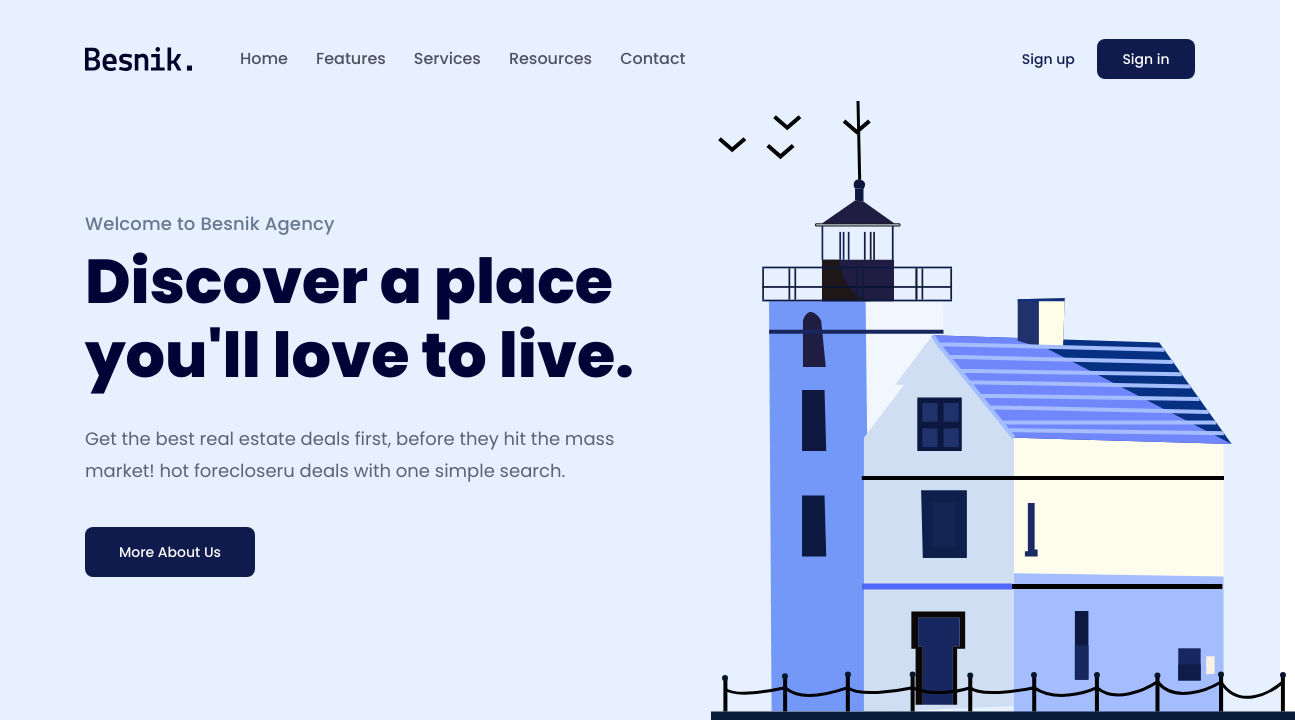
Repository: datvu1608/dv-htmlcss-01
Page: index.html
An editor plug-in stored every save of this project. The page is shown before and after the next save, followed by the edit.
The browser window is 1280 px wide. The page is 1295 px wide, then 1280 px, so the pictures cover 1295 px, including what lies to the right of the window. The pictures show the whole page.

Above is the page before, as saved 2023-06-02 09:22:59.

### index.html
<!DOCTYPE html>
<html lang="en">
  <head>
    <meta charset="UTF-8" />
    <meta http-equiv="X-UA-Compatible" content="IE=edge" />
    <meta name="viewport" content="width=device-width, initial-scale=1.0" />
    <title>Project 1</title>
    <link rel="stylesheet" href="./assets/css/reset.css" />
    <link rel="stylesheet" href="./assets/fonts/stylesheet.css" />
    <link rel="stylesheet" href="./assets/css/style.css" />
  </head>
  <body>
    <main>
      <!-- Header -->
      <header class="header">
        <div class="content">
          <nav class="navbar">
            <!-- logo -->
            <img src="./assets/img/Logo.svg" alt="Besnik" />
            <!-- navigation -->
            <ul>
              <li><a href="#!">Home</a></li>
              <li><a href="#!">Features</a></li>
              <li><a href="#!">Services</a></li>
              <li><a href="#!">Resources</a></li>
              <li><a href="#!">Contact</a></li>
            </ul>
            <!-- action -->
            <div class="actions">
              <a href="#!" class="action-link">Sign up</a>
              <a href="#!" class="btn action-btn">Sign in</a>
            </div>
          </nav>
          <div class="hero">
            <div class="info">
              <p class="sub-title">Welcome to Besnik Agency</p>
              <h1 class="title">Discover a place you'll love to live.</h1>
              <p class="desc">
                Get the best real estate deals first, before they hit the mass
                market! hot forecloseru deals with one simple search.
              </p>
              <!-- call to action -->
              <a href="#!" class="btn hero-cta">More About Us</a>
            </div>
            <img
              src="./assets/img/hero-img.svg"
              alt="Discover a place you'll love to live."
              class="hero-img"
            />
          </div>
        </div>
      </header>
    </main>
  </body>
</html>

### assets/fonts/stylesheet.css
/* ============ Poppins =================== */
@font-face {
  font-family: 'Poppins';
  src: url('Poppins-BlackItalic.woff2') format('woff2'),
    url('Poppins-BlackItalic.woff') format('woff');
  font-weight: 900;
  font-style: italic;
  font-display: swap;
}

@font-face {
  font-family: 'Poppins';
  src: url('Poppins-Bold.woff2') format('woff2'),
    url('Poppins-Bold.woff') format('woff');
  font-weight: bold;
  font-style: normal;
  font-display: swap;
}

@font-face {
  font-family: 'Poppins';
  src: url('Poppins-Black.woff2') format('woff2'),
    url('Poppins-Black.woff') format('woff');
  font-weight: 900;
  font-style: normal;
  font-display: swap;
}

@font-face {
  font-family: 'Poppins';
  src: url('Poppins-BoldItalic.woff2') format('woff2'),
    url('Poppins-BoldItalic.woff') format('woff');
  font-weight: bold;
  font-style: italic;
  font-display: swap;
}

@font-face {
  font-family: 'Poppins';
  src: url('Poppins-ExtraBoldItalic.woff2') format('woff2'),
    url('Poppins-ExtraBoldItalic.woff') format('woff');
  font-weight: bold;
  font-style: italic;
  font-display: swap;
}

@font-face {
  font-family: 'Poppins';
  src: url('Poppins-ExtraLightItalic.woff2') format('woff2'),
    url('Poppins-ExtraLightItalic.woff') format('woff');
  font-weight: 200;
  font-style: italic;
  font-display: swap;
}

@font-face {
  font-family: 'Poppins';
  src: url('Poppins-LightItalic.woff2') format('woff2'),
    url('Poppins-LightItalic.woff') format('woff');
  font-weight: 300;
  font-style: italic;
  font-display: swap;
}

@font-face {
  font-family: 'Poppins';
  src: url('Poppins-ExtraBold.woff2') format('woff2'),
    url('Poppins-ExtraBold.woff') format('woff');
  font-weight: bold;
  font-style: normal;
  font-display: swap;
}

@font-face {
  font-family: 'Poppins';
  src: url('Poppins-Italic.woff2') format('woff2'),
    url('Poppins-Italic.woff') format('woff');
  font-weight: normal;
  font-style: italic;
  font-display: swap;
}

@font-face {
  font-family: 'Poppins';
  src: url('Poppins-Light.woff2') format('woff2'),
    url('Poppins-Light.woff') format('woff');
  font-weight: 300;
  font-style: normal;
  font-display: swap;
}

@font-face {
  font-family: 'Poppins';
  src: url('Poppins-ExtraLight.woff2') format('woff2'),
    url('Poppins-ExtraLight.woff') format('woff');
  font-weight: 200;
  font-style: normal;
  font-display: swap;
}

@font-face {
  font-family: 'Poppins';
  src: url('Poppins-Medium.woff2') format('woff2'),
    url('Poppins-Medium.woff') format('woff');
  font-weight: 500;
  font-style: normal;
  font-display: swap;
}

@font-face {
  font-family: 'Poppins';
  src: url('Poppins-Regular.woff2') format('woff2'),
    url('Poppins-Regular.woff') format('woff');
  font-weight: normal;
  font-style: normal;
  font-display: swap;
}

@font-face {
  font-family: 'Poppins';
  src: url('Poppins-SemiBold.woff2') format('woff2'),
    url('Poppins-SemiBold.woff') format('woff');
  font-weight: 600;
  font-style: normal;
  font-display: swap;
}

@font-face {
  font-family: 'Poppins';
  src: url('Poppins-ThinItalic.woff2') format('woff2'),
    url('Poppins-ThinItalic.woff') format('woff');
  font-weight: 100;
  font-style: italic;
  font-display: swap;
}

@font-face {
  font-family: 'Poppins';
  src: url('Poppins-MediumItalic.woff2') format('woff2'),
    url('Poppins-MediumItalic.woff') format('woff');
  font-weight: 500;
  font-style: italic;
  font-display: swap;
}

@font-face {
  font-family: 'Poppins';
  src: url('Poppins-Thin.woff2') format('woff2'),
    url('Poppins-Thin.woff') format('woff');
  font-weight: 100;
  font-style: normal;
  font-display: swap;
}

@font-face {
  font-family: 'Poppins';
  src: url('Poppins-SemiBoldItalic.woff2') format('woff2'),
    url('Poppins-SemiBoldItalic.woff') format('woff');
  font-weight: 600;
  font-style: italic;
  font-display: swap;
}
/* ============ Poppins =================== */

### assets/css/style.css
* {
  box-sizing: border-box;
}
html {
  font-size: 62.5%;
}
body {
  font-size: 1.6rem;
  font-family: 'Poppins', sans-serif;
}

/* Common */
:root {
  --primary-color: #0f1b4c;
}
a {
  text-decoration: none;
}
.content {
  width: 1110px;
  max-width: calc(100% - 48px);
  margin-left: auto;
  margin-right: auto;
}
.btn {
  display: inline-block;
  padding: 18px 16px;
  min-width: 98px;
  background: var(--primary-color);
  border-radius: 8px;
  font-weight: 500;
  font-size: 1.4rem;
  text-align: center;
  color: #fff;
}
.btn:hover {
  opacity: 0.9;
}
/* Header */
.header {
  position: relative;
  height: 100vh;
  background: #e6f0ff;
}

.navbar {
  display: flex;
  align-items: center;
  padding-top: 38px;
}

.navbar ul {
  display: flex;
  margin-left: 18px;
  padding: 13px 16px;
}

.navbar .actions {
  margin-left: auto;
}
.navbar ul a {
  font-weight: 500;
  font-size: 1s4rem;
  color: #4f5361;
  padding: 8px 1.4rem;
}
.navbar ul a:hover {
  text-decoration: underline;
}
.navbar .action-link {
  font-size: 1.4rem;
  color: var(--primary-color);
  font-weight: 500;
}
.navbar .action-btn {
  padding: 13px 16px;
  margin-left: 18px;
}
/* hero */
.hero {
  margin-top: 130px;
}
.hero .info {
  max-width: 51%;
}
.hero .sub-title {
  font-weight: 500;
  font-size: 1.8rem;
  line-height: 1.5;
  letter-spacing: 0.01em;
  color: #687690;
}
.hero .title {
  margin-top: 8px;
  font-weight: 700;
  font-size: 6.2rem;
  line-height: 1.19;
  color: #000336;
}
.hero .desc {
  margin-top: 30px;
  font-weight: 400;
  font-size: 1.8rem;
  line-height: 1.78;
  color: #5a6473;
}

.hero-cta {
  min-width: 170px;
  margin-top: 40px;
}
.hero-img {
  position: absolute;
  right: calc((100vw - 1110px) / 2 - 100px);
  bottom: 0px;
}

Loaded but not shown: assets/css/reset.css (common file)

After the next save:
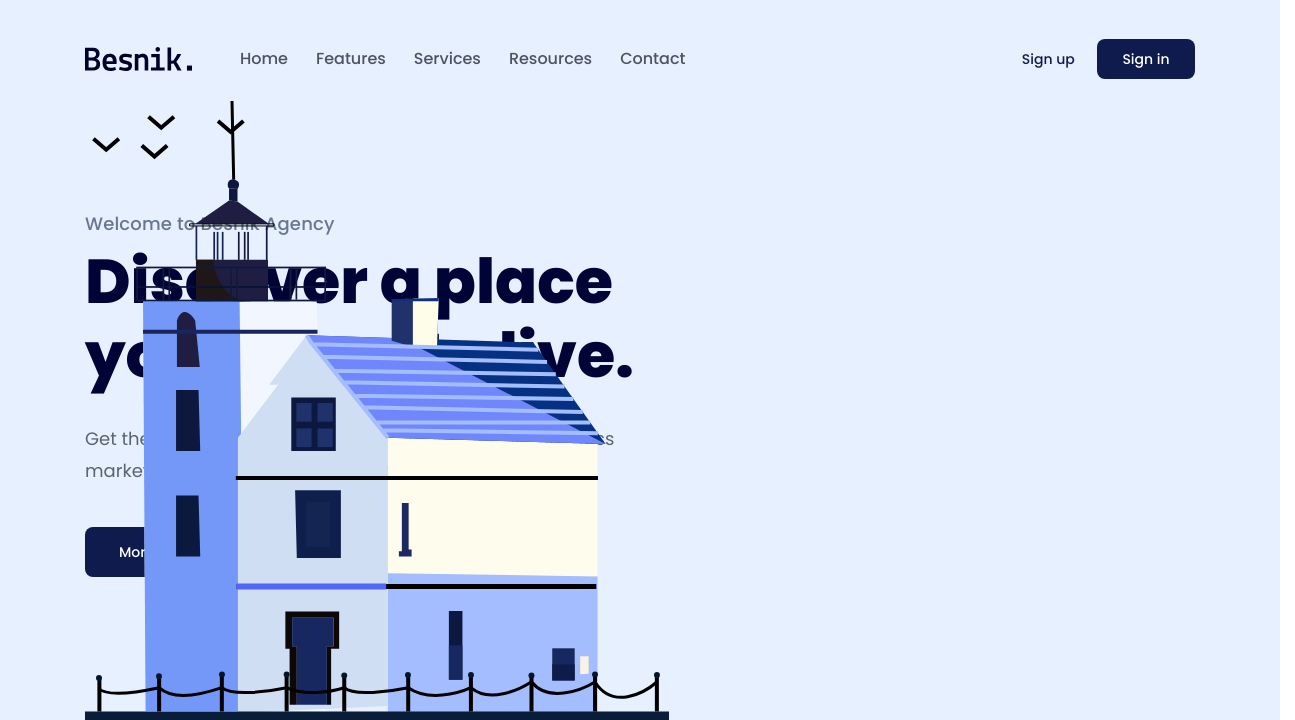
Saved 2 min 4 s later.
--- a/assets/css/style.css
+++ b/assets/css/style.css
@@ -111,6 +111,6 @@
 }
 .hero-img {
   position: absolute;
-  right: calc((100vw - 1110px) / 2 - 100px);
+  right: calc((100vw -1110px) / 2 - 100px);
   bottom: 0px;
 }
